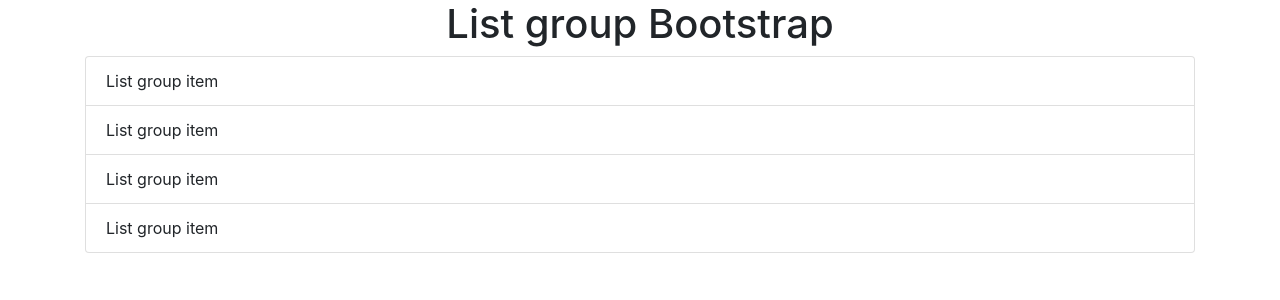
Repository: anhtu2110/front_end
Page: lesson/bootstrap/advance/5.20.list_group.html
The author's editor kept a copy of each file at every save. The page is drawn from the files as they stood at one save, then again after the next save.
The browser window is 1280 px wide. The pictures show the whole page.

Above is the page before, as saved 2022-12-18 17:32:07.

After the next save:
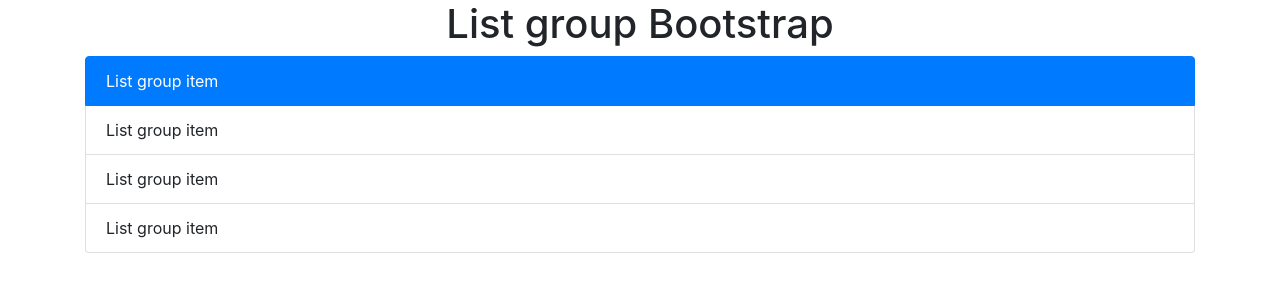
Saved 42 s later.
--- a/lesson/bootstrap/advance/5.20.list_group.html
+++ b/lesson/bootstrap/advance/5.20.list_group.html
@@ -16,7 +16,7 @@
                 <h1 class="text-center">List group Bootstrap</h1>
 
                 <ul class="list-group">
-                    <li class="list-group-item">List group item</li>
+                    <li class="list-group-item active">List group item</li>
                     <li class="list-group-item">List group item</li>
                     <li class="list-group-item">List group item</li>
                     <li class="list-group-item">List group item</li>
